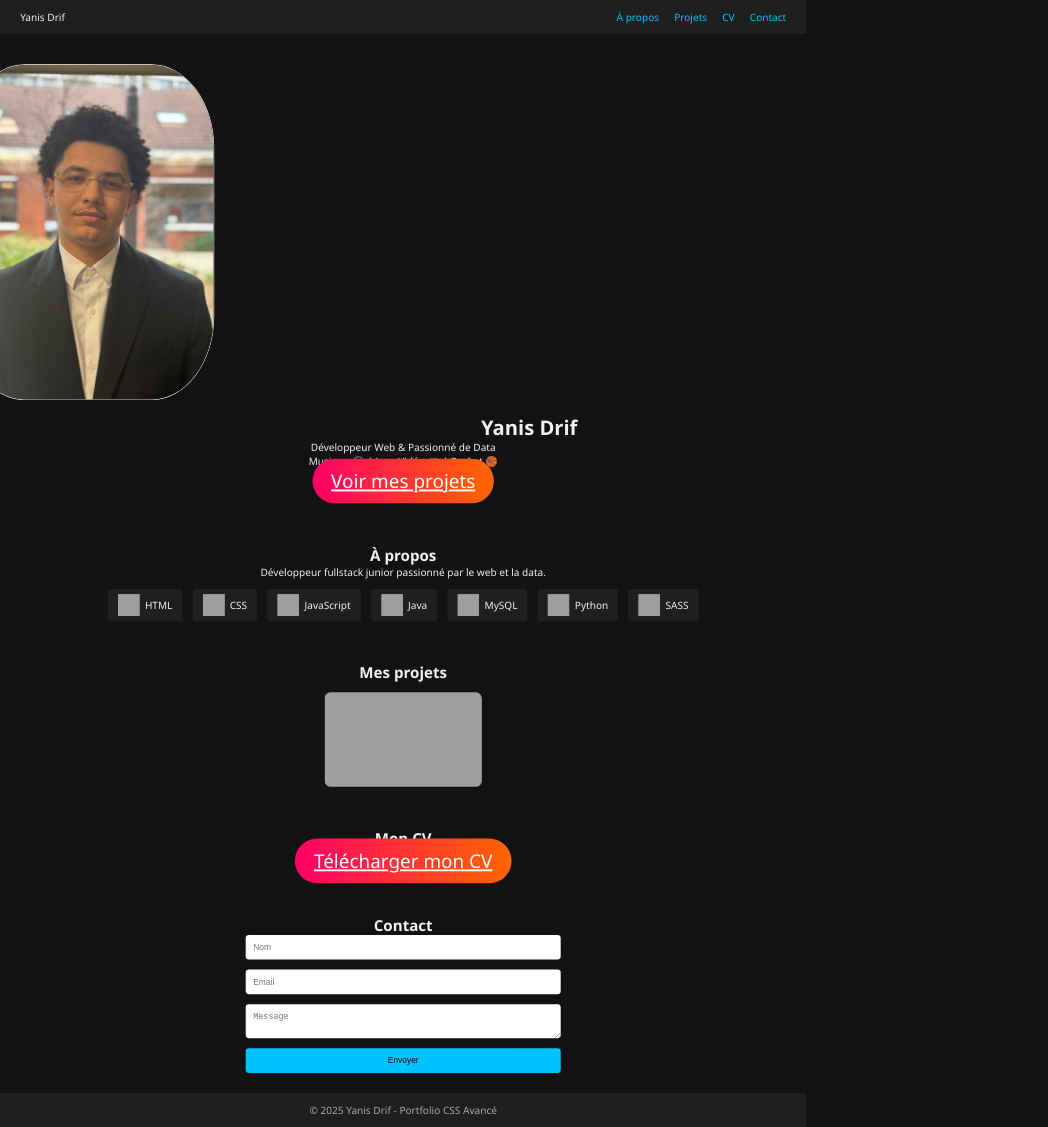
Repository: Yxniiss/ProjetCssAvance
Page: OneDrive/Bureau/Portfolio DrifYanis/home.html
An editor plug-in stored every save of this project. The page is shown before and after the next save, followed by the edit.
The browser window is 1280 px wide. The page is 1464 px wide, then 1664 px, so the pictures cover 1664 px, including what lies to the right of the window. The pictures show the whole page, at 63% of full size.
Pictures or frames that could not be fetched are drawn as grey boxes.

Above is the page before, as saved 2025-04-10 10:29:06.
Console error: TypeError: Cannot set properties of null (setting 'textContent')

### OneDrive/Bureau/Portfolio DrifYanis/home.html
<!DOCTYPE html>
<html lang="fr">
<head>
  <meta charset="UTF-8" />
  <meta name="viewport" content="width=device-width, initial-scale=1.0" />
  <title>Portfolio - Yanis Drif</title>
  <link rel="stylesheet" href="/style.css" />
  <script defer src="/script.js"></script>
</head>
<body>
  <nav class="navbar">
    <div class="logo">Yanis Drif</div>
    <ul class="nav-links">
      <li><a href="#apropos">À propos</a></li>
      <li><a href="#projets">Projets</a></li>
      <li><a href="#cv">CV</a></li>
      <li><a href="#contact">Contact</a></li>
    </ul>
  </nav>

  <header class="hero">
    <div class="hero__content">
      <img src="/image/IMG_0965 (2).jpeg" alt="Photo de profil" class="hero__image" />
      <h1 class="hero__name">Yanis Drif</h1>
      <p class="hero__tagline">Développeur <span>Web</span> & Passionné de Data</p>
      <p class="hero__desc">Musique 🎧 | Jeux Vidéo 🎮 | Basket 🏀</p>
      <a href="#projets" class="btn">Voir mes projets</a>
    </div>
  </header>

  <section id="apropos" class="section about">
    <h2>À propos</h2>
    <p>Développeur fullstack junior passionné par le web et la data.</p>
    <div class="skills">
      <div class="skill"><img src="https://devicon-website.vercel.app/api/html5/original-wordmark.svg" alt="HTML">HTML</div>
      <div class="skill"><img src="https://devicon-website.vercel.app/api/css3/original-wordmark.svg" alt="CSS">CSS</div>
      <div class="skill"><img src="https://devicon-website.vercel.app/api/javascript/original.svg" alt="JavaScript">JavaScript</div>
      <div class="skill"><img src="https://devicon-website.vercel.app/api/java/original-wordmark.svg" alt="Java">Java</div>
      <div class="skill"><img src="https://devicon-website.vercel.app/api/mysql/plain-wordmark.svg" alt="MySQL">MySQL</div>
      <div class="skill"><img src="https://devicon-website.vercel.app/api/python/original-wordmark.svg" alt="Python">Python</div>
      <div class="skill"><img src="https://devicon-website.vercel.app/api/sass/original.svg" alt="SASS">SASS</div>
    </div>
  </section>

  <section id="projets" class="section projets">
    <h2>Mes projets</h2>
    <div class="projects carousel">
      <img src="img/Capture d'écran 2025-04-09 23345.png" alt="Projet 1"/>
      <img src="/img/Capture d'écran 2025-04-09 12402 (1).png" alt="Projet 2" />
      <img src="/img/ChatGPT Image 9 avr. 2025, 23_49_51.png" alt="Projet 3" />
    </div>
  </section>

  <section id="cv" class="section cv">
    <h2>Mon CV</h2>
    <a href="/doc/CV Yanis (1) (1).pdf" download class="btn">Télécharger mon CV</a>
  </section>

  <section id="contact" class="section contact">
    <h2>Contact</h2>
    <form class="contact-form">
      <input type="text" placeholder="Nom" required />
      <input type="email" placeholder="Email" required />
      <textarea placeholder="Message" required></textarea>
      <button type="submit">Envoyer</button>
    </form>
  </section>

  <footer>
    <p>&copy; 2025 Yanis Drif - Portfolio CSS Avancé</p>
  </footer>
</body>
</html>

### OneDrive/Bureau/Portfolio DrifYanis/style.css
* {
    margin: 0;
    padding: 0;
    box-sizing: border-box;
  }

  body {
    font-family: "Segoe UI", sans-serif;
    background-color: #121212;
    color: #f1f1f1;
  }

  .navbar {
    display: flex;
    justify-content: space-between;
    padding: 1rem 2rem;
    background-color: #1f1f1f;
  }

  .nav-links {
    display: flex;
    list-style: none;
    gap: 1.5rem;
  }

  .nav-links a {
    color: #00c2ff;
    text-decoration: none;
  }

  .hero {
    padding: 3rem 1rem;
    text-align: center;

  }

  .hero__name{
    position: relative;
    left: 200px;
  }

  .hero__image {
    border-radius: 25%;
    width: 400px;
    border: 1px solid #ffffff;
    margin-bottom: 1rem;
    position: relative;
    right:500px ;
  }

  .section {
    padding: 2rem 1rem;
    text-align: center;
  }

  .projects {
    display: flex;
    justify-content: center;
    gap: 1rem;
    flex-wrap: wrap;
    margin-top: 1rem;
  }

  .projects img {
    width: 250px;
    height: 150px;
    -o-object-fit: cover;
       object-fit: cover;
    border-radius: 10px;
  }

  .skills {
    display: flex;
    flex-wrap: wrap;
    gap: 1rem;
    justify-content: center;
    margin-top: 1rem;
  }

  .skill {
    display: flex;
    align-items: center;
    gap: 0.5rem;
    background-color: #1f1f1f;
    padding: 0.5rem 1rem;
    border-radius: 5px;
  }

  .skill img {
    width: 35px;
    height: 35px;
  }

  footer {
    padding: 1rem;
    text-align: center;
    background-color: #1f1f1f;
    color: #aaa;
  }

  .btn {
    padding: 15px 30px;
    font-size: 30px;
    color:white;
    background: linear-gradient(90deg, #ff0066, #ff6600);
    border:none;
    border-radius: 50px;
    cursor: pointer;
    box-shadow: 0 4px 15px rgba(255,0,102,0);
    transition: box-shadow 0.3s ease, transform 0.3s ease;
  }

  .btn:hover{
    box-shadow: 0 10px 20px rgba(255,0,102,0.5);
    transform: translateY(-3px);
  }

  .contact-form {
    max-width: 500px;
    margin: auto;
    display: flex;
    flex-direction: column;
    gap: 1rem;
  }

  .contact-form input,
  .contact-form textarea {
    padding: 0.75rem;
    border: none;
    border-radius: 5px;
  }

  .contact-form button {
    background-color: #00c2ff;
    color: #000;
    padding: 0.75rem;
    border: none;
    border-radius: 5px;
    cursor: pointer;
  }

  .start h1{
    text-align: left;
    margin-top: 100px;
    font-size: 35px;
    margin-left: 100px;
  }

  .start h2{
    text-align: left;
    margin-top: 1px;
    font-size: 70px;
    margin-left: 100px;
  }

  .start h3{
    text-align: left;
    margin-top: 1px;
    font-size: 35px;
    margin-left: 100px;
  }

  #mot {
    color:#00c2ff;
  }

  #cursor{
    display: inline-block;
    width: 10px;
    background-color:black;
    animation: blink 0.8s step-end infinite;
  }

  @keyframes blink{
    50% {
      opacity: 0;
    }
  }

  @keyframes typing{
    from{
      width: 0;
    }
    to{
      width: 100%;
    }
  }

  #main{
    opacity: 0;
    transform: translateY(0);
    transition: opacity 5s ease, transform 5s ease;
  }

  body.loaded #main{
    opacity: 1;
    transform: translateY(0);
  }


  .start p{
    text-align: left;
    margin-left: 100px;
    margin-top: 20px;
    font-size: 20px;
  }

  .ntwrks {
    position: absolute;
    top: 410px;
    left: 110px;
    display: flex;
    flex-wrap: wrap;
    gap: 1rem;
  }

  .ntwrk {
    display: flex;
    align-items: center;
    gap: 0.5rem;
    background-color: #1f1f1f;
    padding: 1rem 1rem;
    border-radius: 100px;
    transition: 0.3s ease, opacity 0.3s ease;
  }

  .ntwrk:hover{
    transform: scale(1.2);
    opacity: 0.8;
  }

  .ntwrk img {
    width: 30px;
    height: 30px;
  }

  .modern-button{
    background-color:#00c2ff;
    font-size: 16px;
    font-weight: bold;
    border:none;
    padding: 15px 30px;
    border-radius: 25px;
    cursor: pointer;
    outline: none;
    position: relative;
    right:550px;
    top:120px;
    animation:glow 1.5s infinite alternate;
    transition: 0.3s ease, opacity 0.3s ease;
  }

  .modern-button a{
    color:white;
    text-decoration: none;
  }

  .modern-button:hover{
    transform: scale(1.2);
    opacity: 1;
  }

  @keyframes glow{
    0%{
      box-shadow: 0 0 10px 5px rgba(0, 194, 255, 0.6), 0 0 20px 10px rgba(0, 194, 255, 0.4);
    }
    100%{
      box-shadow: 0 0 20px 10px rgba(0, 194, 255, 1), 0 0 30px 15px rgba(0, 194, 255, 0.8);
    }
  }

  .image{
    max-width: 30%;
    position: relative;
    bottom: 350px;
    left: 350px;
  }

### OneDrive/Bureau/Portfolio DrifYanis/script.js

document.addEventListener('DOMContentLoaded', () => {
    // Scroll fluide
    document.querySelectorAll('a[href^="#"]').forEach(anchor => {
      anchor.addEventListener('click', function (e) {
        e.preventDefault();
        const target = document.querySelector(this.getAttribute('href'));
        if (target) {
          target.scrollIntoView({ behavior: 'smooth' });
        }
      });
    });

    // Carrousel automatique
    const images = document.querySelectorAll('.carousel img');
    let currentIndex = 0;

    function showSlide(index) {
      images.forEach((img, i) => {
        img.style.display = i === index ? 'block' : 'none';
      });
    }

    function nextSlide() {
      currentIndex = (currentIndex + 1) % images.length;
      showSlide(currentIndex);
    }

    if (images.length > 0) {
      showSlide(currentIndex);
      setInterval(nextSlide, 3000); // change every 3 seconds
    }
  });

  const mot = ["Etudiant", "Developpeur web", "Pasionné de code","Developpeur fullstack"];
  let index = 0;
  const element = document.getElementById("mot");
  const cursor = document.getElementById("cursor");

  let typingInterval;
  let currentWord = "";
  let currentCharIndex = 0;

  function  commencerTypingAnimation(){
    currentWord=mot[index];
    currentCharIndex = 0;
    element.textContent = '';

    typingInterval = setInterval(() =>{
      element.textContent += currentWord.charAt(currentCharIndex);
      currentCharIndex++;

      if(currentCharIndex === currentWord.length){
        clearInterval(typingInterval);
        setTimeout(changerMot,1000);
      }
    },150);
  }

  function changerMot(){
    element.textContent=mot[index];
    index++;
    if(index===mot.length){
      index=0;
    }
    commencerTypingAnimation();
  }
  commencerTypingAnimation();

  window.addEventListener('load', function () {
    document.body.classList.add('loaded');
  });

After the next save:
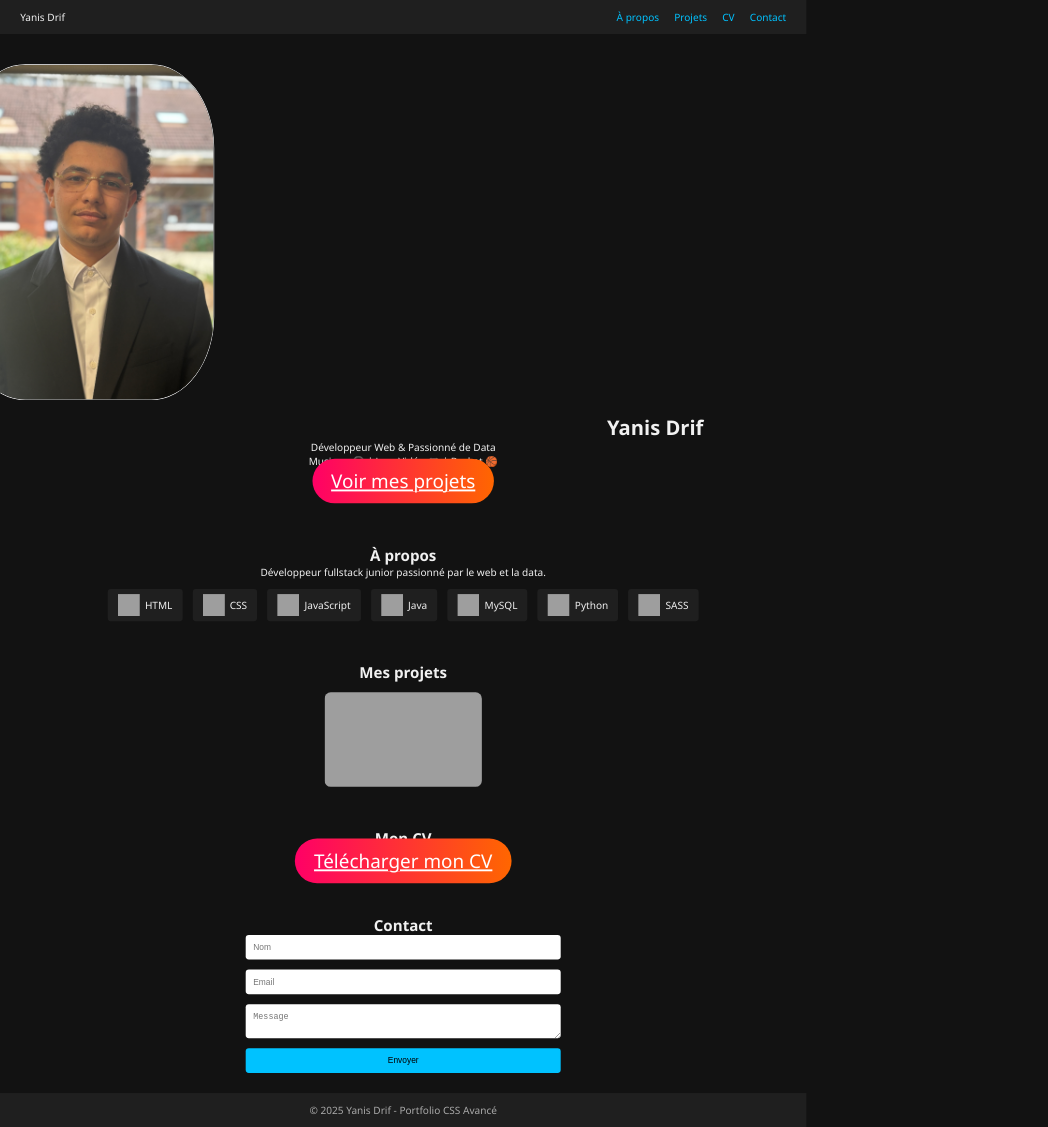
Saved 21 s later.
--- a/OneDrive/Bureau/Portfolio DrifYanis/style.css
+++ b/OneDrive/Bureau/Portfolio DrifYanis/style.css
@@ -36,7 +36,8 @@
 
   .hero__name{
     position: relative;
-    left: 200px;
+    left: 400px;
+
   }
 
   .hero__image {
